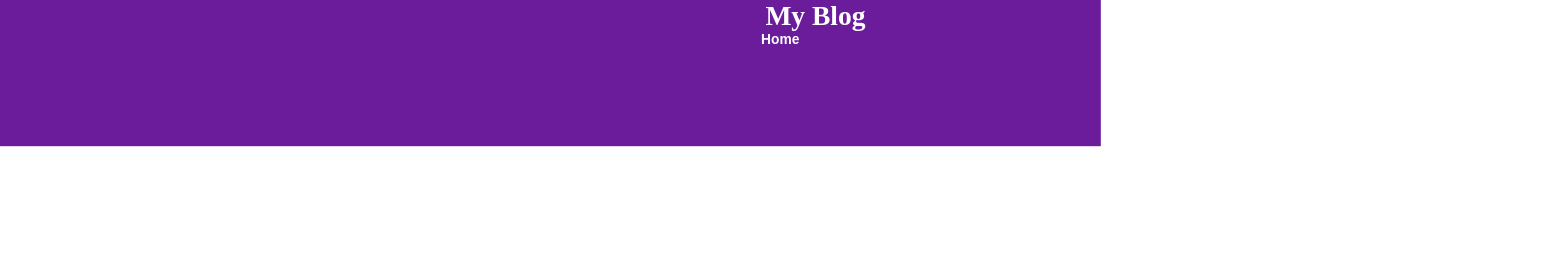
Repository: Femi007-gh/BLOG
Page: index.html
An editor plug-in stored every save of this project. The page is shown before and after a run of saves, followed by the edit.
The browser window is 1280 px wide. The page is 1805 px wide, then 1280 px, so the pictures cover 1805 px, including what lies to the right of the window. The pictures show the whole page, at 86% of full size.

Above is the page before, as saved 2025-01-08 07:09:26.

### index.html
<html>
  <head>
    <title>BLOG</title>
    <link rel="stylesheet" href="style.css">
  </head>
  <body>
    <header>
      <h1 class="head">My Blog</h1>
      <nav>
        <ul>
          <li><a href="#">Home</a></li>
          <li><a href="#">About</a></li>
          <li><a href="#">Contact</a></li>
        </ul>
      </nav>
    </header>
  </body>
</html>

### style.css
header {
  background-color: 6B1C9B;
  color: white;
  height: 170px;
}
* {
  margin: 0;
  padding: 0;
}

.desc {
  max-width: 1200px;
  margin: o auto;
  display: flex;
  align-items: center;
  justify-content: space-between;
}

header h1 {
  margin-left:890px;
}

nav ul {
  list-style-type: none;
  display:  flex;
}


 li a {
  color: white;
  text-decoration: none;
  font-weight: bold;
  margin-left: 885px;
  justify-content: space-evenly;
  margin-right: -500px;
}

li a{
  text-decoration: none;
  font-family: Arial;
}

After the next 2 saves:
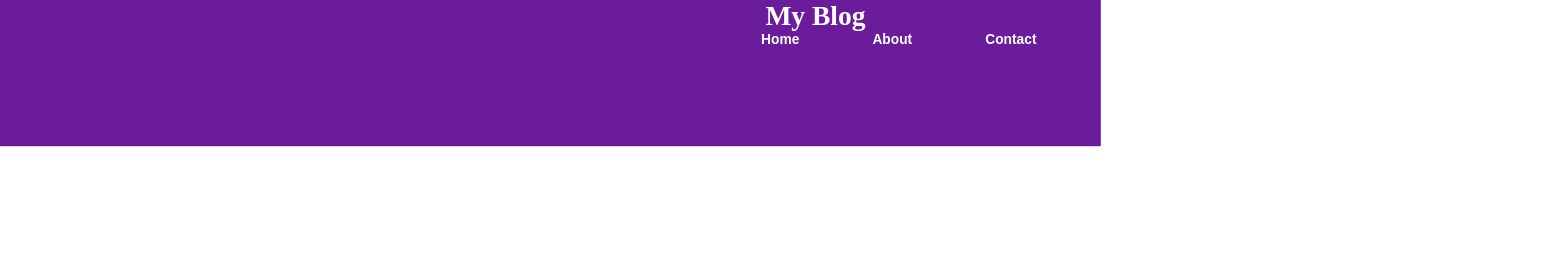
The 2 saves are shown as one change because they came seconds apart.
The last was saved 7 s later.
--- a/style.css
+++ b/style.css
@@ -32,7 +32,7 @@ nav ul {
   font-weight: bold;
   margin-left: 885px;
   justify-content: space-evenly;
-  margin-right: -500px;
+  margin-right: -800px;
 }
 
 li a{
